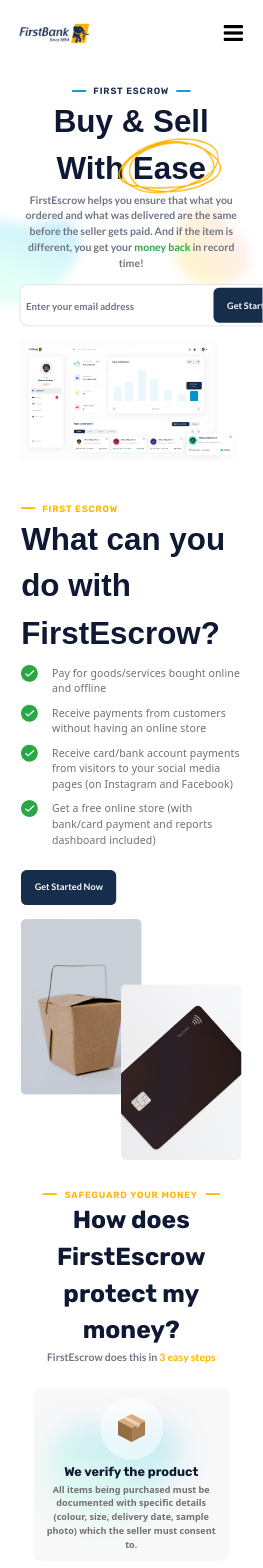
Repository: Pepperest-dev/First_Escrow_Home
Page: index.html
These files come from the project's save history. The page is drawn as it stood at one moment and after the next save; the edit follows.
The browser window is 375 px wide. The pictures show the part of the page from y = 0 to 2240 px (the page is 4969 px tall), at 70% of full size.

Above is the page before, as saved 2021-09-27 14:49:17.

### index.html
<!DOCTYPE html>
<html lang="en">
  <head>
    <meta charset="UTF-8" />
    <meta http-equiv="X-UA-Compatible" content="IE=edge" />
    <meta name="viewport" content="width=device-width, initial-scale=1.0" />
    <link rel="stylesheet" href="Styles/styles.css" />
    <link rel="stylesheet" href="Styles/mobileScreenStyles.css" />
    <link
      href="https://unpkg.com/tailwindcss@^2/dist/tailwind.min.css"
      rel="stylesheet"
    />
    <link
      rel="stylesheet"
      href="https://cdnjs.cloudflare.com/ajax/libs/font-awesome/4.7.0/css/font-awesome.min.css"
    />
    <link rel="preconnect" href="https://fonts.googleapis.com" />
    <link rel="preconnect" href="https://fonts.gstatic.com" crossorigin />
    <link
      href="https://fonts.googleapis.com/css2?family=Lato:wght@100;300;400;700;800&family=Rubik:wght@400;500;600;700&display=swap"
      rel="stylesheet"
    />
    <title>First Escrow</title>
  </head>
  <body>
    <!-- Create a container wrapper to  -->
    <!-- create a container to keep everything contained in a certain width  ##done -->
    <!-- create the Navbar ##Done -->
    <!-- Do the font setup from google fonts  ##Done-->
    <!-- make the navbar responsive  Not done-->
    <!-- create the hero section ##almost -->
    <!-- work on the what can we do or you ssection -->
    <!-- Work on how does first escrow  works-->
    <!-- work on refund is guranteed  section  -->
    <!-- how it works in simple steps section -->
    <!-- work on the footer section -->

    <!-- Header and Nav bar section -->
    <header class="banner mb-10 overflow-x-hidden overscroll-none">
      <nav
        class="
          h-24
          flex
          justify-between
          items-center
          md:w-11/12 md:p-0
          px-7
          mx-auto
          mb-6
        "
      >
        <a href="/">
          <img
            src="/assets/imgs/firstBank_logo.png"
            alt="First Bank Logo"
            class="BrandLogo cursor-pointer"
          />
        </a>

        <ul class="md:flex hidden w-2/12 h-full justify-between items-center">
          <li class="loginLink"><a href="#">Logo</a></li>
          <li>
            <button class="getStartedBtn hover:drop-shadow-xl">
              Get Started
            </button>
          </li>
        </ul>

        <div id="hambugger" class="hambugger cursor-pointer md:hidden">
          <i id="menuToggler" class="fa fa-2x fa-bars"></i>
        </div>
      </nav>

      <main class="md:w-11/12 mb-3 md:p-0 px-7 mx-auto">
        <article>
          <p
            class="
              text-center
              mx-auto
              flex
              justify-around
              items-center
              firstEscrow
            "
          >
            First Escrow
          </p>
          <h1 class="mainTitle text-center mx-auto">
            Buy & Sell With <span class="">Ease</span>
            <img
              src="/assets/icons/bigEaseElipses.png"
              alt="elipses"
              class="elipses"
            />
          </h1>
          <p class="contentDescription mx-auto">
            FirstEscrow helps you ensure that what you ordered and what was
            delivered are the same before the seller gets paid. And if the item
            is different, you get your
            <span class="greenMoneyText">money back</span> in record time!
          </p>
          <form
            class="
              my-5
              mx-auto
              flex
              justify-between
              items-center
              cursor-pointer
              bannerInputField
            "
          >
            <input
              type="text"
              class="h-full"
              placeholder="Enter your email address"
            />
            <button
              type="submit"
              class="getStartedBtn z-10 hover:drop-shadow-xl"
            >
              Get Started
            </button>
          </form>
        </article>
        <img
          src="/assets/imgs/dashboardMockup.png"
          class="dashboardImg cursor-pointer mx-auto"
          alt="dashboard mockup"
        />
      </main>
    </header>

    <!-- What can you do with firstEscrow section -->
    <div class="wrapper">
      <section
        class="
          mt-10
          w-11/12
          mx-auto
          overflow-x-hidden
          gap-x-8
          items-center
          flex
          justify-between
          flex-wrap-reverse
          md:flex-nowrap
        "
      >
        <div class="">
          <img
            class="object-contain"
            src="/assets/imgs/bagAndCard.png"
            alt="bag and card"
          />
        </div>
        <div class="">
          <p
            class="text-left flex justify-start items-center yellowFirstEscrow"
          >
            First Escrow
          </p>

          <h1 class="mainTitle">What can you do with FirstEscrow?</h1>

          <ul id="FirstEscrowCanDo"></ul>
          <button class="getStartedBtn hover:drop-shadow-xl my-5">
            Get Started Now
          </button>
        </div>
      </section>
    </div>

    <!-- Safeguard your money section -->
    <div class="wrapper">
      <section class="mt-10 mb-5 w-11/12 mx-auto overflow-x-hidden">
        <p
          class="
            text-center
            mx-auto
            flex
            justify-around
            items-center
            secondYellowFirstEscrow
          "
        >
          Safeguard Your Money
        </p>

        <h3 class="text-center protectTitle">
          How does FirstEscrow protect my money?
        </h3>
        <p class="contentDescription mx-auto">
          FirstEscrow does this in
          <span class="yellowText">3 easy steps</span>
        </p>

        <div
          id="threeBoxes"
          class="flex justify-evenly flex-wrap items-center my-5"
        ></div>
      </section>
    </div>

    <!-- Refund Guaranteed section -->
    <div class="wrapper">
      <section
        class="
          mt-16
          refundSection
          mb-5
          w-11/12
          mx-auto
          overflow-x-hidden
          p-10
          gap-x-8
        "
      >
        <div class="flex flex-col items center h-full justify-around titleSide">
          <h1 class="text-white refundSectionTitle">
            Refund is guaranteed in case merchant fails to deliver
          </h1>

          <p class="refundSectionTextContent md:hidden mt-4 mr-5 md:mr-0">
            If merchant fails to deliver or delivers an item below the agreed
            upon standard, you will get 100% of your money back!
          </p>

          <button
            type="submit"
            class="yellowGetStartedBtn mt-10 hover:drop-shadow-xl"
          >
            Get Started
          </button>
        </div>
        <div class="h-full md:block hidden w-3/5">
          <p
            class="refundSectionTextContent mt-4 mr-5 md:mr-0 xl:pr-20 sm:pr-0"
          >
            If merchant fails to deliver or delivers an item below the agreed
            upon standard, you will get 100% of your money back!
          </p>
        </div>
      </section>
    </div>

    <!-- How it works section -->
    <div class="wrapper">
      <section class="mt-16 mb-5 w-11/12 mx-auto">
        <p
          class="
            text-center
            mx-auto
            flex
            justify-around
            items-center
            howItWorksYellow
          "
        >
          How it works
        </p>

        <h3 class="text-center protectTitle">How it works in simple steps</h3>

        <main
          class="flex mx-auto justify-center items-center flex-wrap gap-x-8"
        >
          <div class="fourBoxes my-3 h-56 w-52">
            <div class="flex flex-col items-center mx-auto">
              <img
                class="w-24"
                src="/assets/imgs/PinkAvatar.png"
                alt="purple avatar"
              />
              <div class="flex mt-2">
                <span class="AvatarYellowNumber mr-2">1</span>
                <p class="AvatarTitle">Create an order</p>
              </div>
            </div>
            <div class="flex justify-end items-center">
              <img
                src="/assets/icons/arrowBottom.png"
                alt="arrow bottom"
                class="h-28 hidden md:block w-28"
              />
              <img
                src="/assets/icons/arrowTop.png"
                alt="arrow bottom"
                class="h-24 block faceRightDown md:hidden w-24"
              />
            </div>
          </div>
          <div class="fourBoxes my-3 h-56 w-52">
            <div class="flex block md:hidden flex-col items-center mx-auto">
              <img
                class="w-24"
                src="/assets/imgs/purpleAvatar.png"
                alt="purple avatar"
              />
              <div class="flex mt-2">
                <span class="AvatarYellowNumber mr-2">2</span>
                <p class="AvatarTitle">Confirm order</p>
              </div>
            </div>
            <div class="flex justify-start md:justify-end items-center">
              <img
                src="/assets/icons/arrowTop.png"
                alt="arrow bottom"
                class="h-28 hidden md:block w-28"
              />
              <img
                src="/assets/icons/arrowBottom.png"
                alt="arrow bottom"
                class="h-24 block faceLeftDown md:hidden w-24"
              />
            </div>
            <div class="flex hidden md:block flex-col items-center mx-auto">
              <img
                class="w-24"
                src="/assets/imgs/purpleAvatar.png"
                alt="purple avatar"
              />
              <div class="flex mt-2">
                <span class="AvatarYellowNumber mr-2">2</span>
                <p class="AvatarTitle">Confirm order</p>
              </div>
            </div>
          </div>
          <div class="fourBoxes my-3 h-56 w-52">
            <div class="flex flex-col items-center mx-auto">
              <img
                class="w-24"
                src="/assets/imgs/dollarCurrency.png"
                alt="purple avatar"
              />
              <div class="flex mt-2">
                <span class="AvatarYellowNumber mr-2">3</span>
                <p class="AvatarTitle">Make Payment</p>
              </div>
            </div>
            <div class="flex justify-end items-center">
              <img
                src="/assets/icons/arrowBottom.png"
                alt="arrow bottom"
                class="h-28 hidden md:block w-28"
              />
              <img
                src="/assets/icons/arrowTop.png"
                alt="arrow bottom"
                class="h-24 block faceRightDown md:hidden w-24"
              />
            </div>
          </div>
          <div
            class="
              fourBoxes
              flex flex-col
              md:justify-end
              justify-start
              my-3
              h-56
              w-54
            "
          >
            <div class="flex flex-col items-center mx-auto">
              <img
                class="w-24"
                src="/assets/imgs/yellowAvatar.png"
                alt="purple avatar"
              />
              <div class="flex justify-start items-center mt-2">
                <span class="AvatarYellowNumber mr-2">4</span>
                <p class="AvatarTitle">your order gets delivered to you</p>
              </div>
            </div>
          </div>
        </main>
      </section>
    </div>

    <!-- Footer Sections starts here -->
    <footer class="wrapper">
      <section
        class="
          mt-16
          footerSection
          mb-5
          w-11/12
          mx-auto
          gap-x-8
          items-end
          flex
          justify-between
          flex-wrap
          md:flex-nowrap
          py-5
          px-5
          md:px-10
        "
      >
        <div
          class="
            w-full
            md:w-6/12
            flex flex-col
            justify-between
            items-start
            foooterBoxHeight
            h-full
          "
        >
          <a href="/">
            <img
              src="/assets/imgs/firstBank_logo.png"
              alt="First Bank Logo"
              class="BrandLogo cursor-pointer"
            />
          </a>

          <p class="footerTitle">Subscribe</p>
          <p class="footerTextContent">
            Select topics and stay current with our latest insights
          </p>

          <form
            action=""
            class="footerForm flex-wrap w-full md:min-w-8/12 md:w-9/12"
          >
            <input
              placeholder="Email address"
              class="flex flex-1 my-1 md:my-0 footerInput md:mr-3"
              type="text"
            />
            <button
              class="
                getStartedBtn
                hover:drop-shadow-xl
                mx-auto
                my-1
                md:my-0 md:mt-0 md:mx-0
              "
            >
              Submit
            </button>
          </form>
        </div>
        <div class="w-4/6 mx-auto md:mx-0 md:w-3/12 h-full">
          <div class="flex h-full mt-3 md:mt-0 justify-evenly">
            <a href="#" class="footerSocialIcon">
              <img
                src="/assets/imgs/fb_logo.png"
                class="w-8"
                alt="facebook logo"
              />
            </a>
            <a href="#" class="footerSocialIcon">
              <img
                src="/assets/imgs/twt_logo.png"
                class="w-8"
                alt="facebook logo"
              />
            </a>
            <a href="#" class="footerSocialIcon">
              <i class="fa text-white fa-youtube-square"></i>
            </a>
            <a href="#" class="footerSocialIcon">
              <i class="fa text-white fa-instagram"></i>
            </a>
          </div>
        </div>
      </section>
    </footer>

    <footer class="wrapper mb-5">
      <p class="text-center footerDate">© 2021-2022 FirstEscrow</p>
    </footer>
    <script src="Js/app.js"></script>
  </body>
</html>

### Styles/styles.css
* {
  margin: 0;
  padding: 0;
  border: 0;
  font-size: 16px;
  text-decoration: none;
  font: inherit;
  box-sizing: border-box;
}

/* Colors varable declaration */
:root {
  --whiteBgColor: #ffffff;
  --BtnBgColor: #162d4c;
  --lightBlueColor: #0093c9;
  --yellowPrimaryColor: #ffb300;
  --boxesTextColor: #707070;
  --darkBlueTextColor: #101933;
  --bannerTextColor: #707585;
  --lightGreenColor: #28a745;
  --inputFieldBorderColor: #d8dade;
  --footerBackgroundColor: #f6f6f7;
  --footerTextColor: #040c22;
  --latoFontFamily: "Lato", sans-serif;
  --rubikFontFamily: "Rubik", sans-serif;
  --arialFontFamily: "Arial", sans-serif;
}
.wrapper {
  margin-right: auto;
  margin-left: auto;
  max-width: 1440px;
  padding-right: 2rem;
  padding-left: 2rem;
  width: 100%;
  background-color: var(--whiteBgColor);
}

.banner {
  background-image: url(../assets/imgs/overlayBackground.png);
  background-position: center;
  background-repeat: no-repeat;
  background-size: cover;
  object-fit: cover;
}
.dashboardImg {
  width: 100%;
  height: auto;
  overflow-x: hidden;
}

.contentContainer {
}

.BrandLogo {
  width: 150px;
  object-fit: contain;
  height: 45px;
}

.outline {
  outline: 1px solid blue;
}

.loginLink {
  font: normal normal 600 16px/19px Lato;
  letter-spacing: 0.32px;
  font-family: var(--latoFontFamily);
  font-style: normal;
  font-weight: 600;
  color: var(--darkBlueTextColor);
}

.loginLink:hover {
  opacity: 0.8;
  transition: all ease-in-out 350ms;
}

.getStartedBtn {
  border-radius: 8px;
  background-color: var(--BtnBgColor);
  min-width: 100px;
  padding: 0 1.2rem;
  height: 50px;
  color: var(--whiteBgColor);
  font-family: var(--latoFontFamily);
  text-align: center;
  font-size: 13px;
  font-weight: 800;
}

.getStartedBtn:hover {
  opacity: 0.8;
  transition: all ease-in-out 350ms;
}

.yellowGetStartedBtn {
  border-radius: 8px;
  background-color: var(--yellowPrimaryColor);
  min-width: 100px;
  width: 200px;
  padding: 0 1.2rem;
  height: 50px;
  color: var(--darkBlueTextColor);
  font-family: var(--latoFontFamily);
  text-align: center;
  font-size: 16px;
  font-weight: 700;
}

.yellowGetStartedBtn:hover {
  opacity: 0.8;
  transition: all ease-in-out 350ms;
}

.yellowFirstEscrow {
  letter-spacing: 1.2px;
  color: var(--yellowPrimaryColor);
  text-transform: uppercase;
  font-family: var(--rubikFontFamily);
  font-size: 13px;
  font-weight: 600;
  width: 150px;
}

.yellowFirstEscrow::before {
  content: "";
  display: flex;
  width: 20px;
  border: 1px solid var(--yellowPrimaryColor);
  background-color: var(--yellowPrimaryColor);
  margin-right: 10px;
}

.howItWorksYellow {
  letter-spacing: 1.2px;
  color: var(--yellowPrimaryColor);
  text-transform: uppercase;
  font-family: var(--rubikFontFamily);
  font-size: 13px;
  font-weight: 600;
  width: 200px;
}

.howItWorksYellow::before {
  content: "";
  display: flex;
  width: 20px;
  border: 1px solid var(--yellowPrimaryColor);
  background-color: var(--yellowPrimaryColor);
}
.howItWorksYellow::after {
  content: "";
  display: flex;
  width: 20px;
  border: 1px solid var(--yellowPrimaryColor);
  background-color: var(--yellowPrimaryColor);
}
.secondYellowFirstEscrow {
  letter-spacing: 1.2px;
  color: var(--yellowPrimaryColor);
  text-transform: uppercase;
  font-family: var(--rubikFontFamily);
  font-size: 13px;
  font-weight: 600;
  width: 263px;
}

.secondYellowFirstEscrow::before {
  content: "";
  display: flex;
  width: 20px;
  border: 1px solid var(--yellowPrimaryColor);
  background-color: var(--yellowPrimaryColor);
}
.secondYellowFirstEscrow::after {
  content: "";
  display: flex;
  width: 20px;
  border: 1px solid var(--yellowPrimaryColor);
  background-color: var(--yellowPrimaryColor);
}

.firstEscrow {
  letter-spacing: 1.2px;
  color: var(--BtnBgColor);
  text-transform: uppercase;
  font-family: var(--rubikFontFamily);
  font-size: 13px;
  font-weight: 600;
  width: 180px;
}

.firstEscrow::before {
  content: "";
  display: flex;
  width: 20px;
  border: 1px solid var(--lightBlueColor);
  background-color: var(--lightBlueColor);
}
.firstEscrow::after {
  content: "";
  display: flex;
  width: 20px;
  background-color: var(--lightBlueColor);
  border: 1px solid var(--lightBlueColor);
}
.mainTitle {
  color: var(--darkBlueTextColor);
  font-family: var(--arialFontFamily);
  font-weight: 700;
  font-size: 2.8rem;
  max-width: 600px;
  position: relative;
}

.elipses {
  position: absolute;
  width: 150px;
  top: -11px;
  right: 10%;
}

.contentDescription {
  color: var(--bannerTextColor);
  font-family: var(--latoFontFamily);
  font-weight: 600;
  font-size: 15px;
  text-align: center;
  max-width: 650px;
}

.greenMoneyText {
  color: var(--lightGreenColor);
}

.bannerInputField {
  width: 390px;
  height: 60px;
  border: 1px solid var(--inputFieldBorderColor);
  border-radius: 12px;
  background: var(--whiteBgColor);
  padding: 8px 6px 8px 8px;
}

.bannerInputField input[type="text"] {
  border: none;
  font-family: var(--latoFontFamily);
  font-size: 16px;
  color: var(--bannerTextColor);
  flex: 0.9;
  font-weight: 600;
  outline: none;
}

.bannerInputField input[type="text"]::placeholder {
  font-family: var(--latoFontFamily);
  font-size: 14px;
  font-weight: 600;
  color: var(--bannerTextColor);
}

#FirstEscrowCanDo li {
  color: var(--boxesTextColor);
  letter-spacing: 0.18px;
  text-align: left;
  font-weight: normal;
  font-size: 15px;
}

.protectTitle {
  color: var(--darkBlueTextColor);
  letter-spacing: 0;
  font-family: var(--rubikFontFamily);
  font-weight: bold;
  font-size: 2.2rem;
}
.yellowText {
  color: var(--yellowPrimaryColor);
}
.box {
  width: 280px;
  height: 248px;
  border-radius: 12px;
  background-repeat: no-repeat;
  background-position: center;
  background-size: cover;
  display: flex;
  flex-direction: column;
  align-items: center;
  justify-content: space-evenly;
  padding: 10px;
}

.boxImage {
  width: 90px;
  background-color: transparent;
}

.boxTitle {
  color: var(--darkBlueTextColor);
  letter-spacing: 0;
  font-family: var(--rubikFontFamily);
  text-align: center;
  font-size: 18px;
  font-weight: 700;
}

.boxTextContent {
  text-align: center;
  color: var(--boxesTextColor);
  font-size: 13px;
  font-weight: 600;
  width: 95%;
}

.refundSection {
  background-color: var(--darkBlueTextColor);
  border-radius: 12px;
  background-image: url(/assets/imgs/NairaOverlayBg.png);
  background-repeat: no-repeat;
  background-size: contain;
  background-position: bottom;
  object-fit: cover;
  display: flex;
  justify-content: space-between;
  align-items: start;
  min-height: 300px;
}

.refundSectionTextContent {
  text-align: left;
  font: normal normal medium 24px/40px Lato;
  font-size: 17px;
  font-weight: mdium;
  font-family: var(--latoFontFamily);
  letter-spacing: 0.19px;
  color: #ffffff;
}

.refundSectionTitle {
  color: var(--whiteBgColor);
  font-size: 2.5rem;
  font-weight: bold;
  font-family: var(--rubikFontFamily);
}
.titleSide {
}

.footerSection {
  background-color: var(--footerBackgroundColor);
  border-radius: 12px;
  object-fit: cover;
  min-height: 250px;
  max-height: 100%;
}

.footerSocialIcon {
  height: 30px;
  width: 30px;
  background-color: var(--darkBlueTextColor);
  border-radius: 50%;
  display: grid;
  place-items: center;
  transition: transform 200ms ease-in-out;
}

.footerSocialIcon:hover {
  transform: scale(0.8);
}

.footerDate {
  color: var(--footerTextColor);
  height: 19px;
  font-family: (--rubikFontFamily);
  font-size: 13px;
  font-weight: normal;
  opacity: 0.6;
}

.foooterBoxHeight {
  /* height: 100px !important; */
  min-height: 200px;
}
.border {
  border: 2px solid red;
}

.footerTitle {
  color: var(--darkBlueTextColor);
  font-size: 18px;
  font-weight: bold;
}

.footerTextContent {
  color: var(--boxesTextColor);
  letter-spacing: 0.14px;
  font-weight: medium;
  font-family: var(--latoFontFamily);
}

.footerForm {
  display: flex;
  justify-content: space-between;
  align-items: center;
}

.footerInput {
  height: 50px;
  padding: 0.3rem;
  border-radius: 8px;
  border: 1px solid var(--inputFieldBorderColor);
  color: var(--boxesTextColor);
  font-weight: medium;
  font-size: 15px;
  outline: none;
}

.footerInput::placeholder {
  color: var(--boxesTextColor);
  font-weight: normal;
  font-size: 15px;
}

.AvatarYellowNumber {
  background-color: var(--yellowPrimaryColor);
  color: var(--darkBlueTextColor);
  font-weight: bold;
  height: 25px;
  width: 25px;
  border-radius: 50%;
  display: grid;
  place-items: center;
  font-size: 13px;
}

.AvatarTitle {
  color: var(--darkBlueTextColor);
  font-weight: bold;
  font-size: 16px;
  text-align: center;
  letter-spacing: 0.17px;
}

### Styles/mobileScreenStyles.css
@media screen and (max-width: 600px) {
  .banner {
    background-size: contain;
  }
  .dashboardImg {
    width: 500px;
    height: auto;
  }

  .BrandLogo {
    width: 100px;
  }

  .toggle {
    transition: opacity ease-in-out;
  }

  .elipses {
    position: absolute;
    width: 150px;
    top: 40%;
    right: 9%;
  }

  .wrapper {
    margin-right: auto;
    margin-left: auto;
    padding-right: 1rem;
    padding-left: 1rem;
    width: 100%;
  }

  .faceRightDown {
    transform: rotate(99deg);
  }
  .faceLeftDown {
    transform: rotate(99deg);
  }

  .refundSectionTitle {
    color: var(--whiteBgColor);
    font-size: 1.7rem;
    font-weight: bold;
    font-family: var(--rubikFontFamily);
  }

  .refundSection {
    background-color: var(--darkBlueTextColor);
    border-radius: 12px;
    background-image: url(/assets/imgs/NairaOverlayBg.png);
    background-repeat: no-repeat;
    background-size: cover;
    background-position: center;
    object-fit: fill;
    display: flex;
    justify-content: space-between;
    align-items: start;
    min-height: 300px;
  }
}

@media screen and (max-width: 380px) {
  .elipses {
    position: absolute;
    width: 150px;
    top: 40%;
  }
}

### Js/app.js
const escrow = {
  firstEscrowList: [
    {
      icon: "/assets/icons/greenChecked.png",
      text: "Pay for goods/services bought online and offline",
    },
    {
      icon: "/assets/icons/greenChecked.png",
      text: "Receive payments from customers without having an online store",
    },
    {
      icon: "/assets/icons/greenChecked.png",
      text: "Receive card/bank account payments from visitors to your social media pages (on Instagram and Facebook)",
    },
    {
      icon: "/assets/icons/greenChecked.png",
      text: "Get a free online store (with bank/card payment and reports dashboard included)",
    },
  ],
  threeBoxContent: [
    {
      imgUrl: "/assets/imgs/parcelBox.png",
      bgImgUrl: "/assets/imgs/darkGreenCardBg.png",
      boxTitle: "We verify the product",
      boxTextContent:
        "All items being purchased must be documented with specific details (colour, size, delivery date, sample photo) which the seller must consent to.",
    },
    {
      imgUrl: "/assets/imgs/moneyBag.png",
      bgImgUrl: "/assets/imgs/yellowCardBg.png",
      boxTitle: "We protect your funds",
      boxTextContent:
        "All money paid is held in trust by FirstEscrow until the buyer has confirmed satisfaction with items delivered.",
    },
    {
      imgUrl: "/assets/imgs/greenShield.png",
      bgImgUrl: "/assets/imgs/lightGreenCardBg.png",
      boxTitle: "Describe the items",
      boxTextContent:
        "We only release money based on the instruction of the buyer. If the item does not meet the agreed expectation, the buyer has the right to stop release of funds to the seller.",
    },
  ],
};
Object.freeze(escrow);
document.addEventListener(
  "DomContentLoaded",
  (function () {
    console.log(escrow, "escrow, content");
    const { firstEscrowList, threeBoxContent } = escrow;
    const hambugger = document.querySelector("#hambugger");
    const menu = document.querySelector("#menuToggler");
    const escrowCanDo = document.querySelector("#FirstEscrowCanDo");
    const threeBoxes = document.querySelector("#threeBoxes");

    let returnedList = firstEscrowList
      .map(
        (list) =>
          `<li class="flex items-start my-3 justify-start"><img  src=${list.icon} alt="checked icon" class="mr-5 h-6 w-6" /> ${list.text}</li>`
      )
      .join(" ");

    escrowCanDo.innerHTML = returnedList;

    let boxesHtml = threeBoxContent
      .map(
        ({ imgUrl, bgImgUrl, boxTextContent, boxTitle }) => `<div
            style="background-image: url(${bgImgUrl})"
            class="box my-3 md:my-2 hover:shadow-xl duration-150 transition-shadow transition-shadow"
          >
            <div class="boxImage">
              <img src=${imgUrl} alt="Box Image" srcset="" />
            </div>
            <p class="boxTitle">${boxTitle}</p>
            <p class="boxTextContent">
             ${boxTextContent}
            </p>
          </div>`
      )
      .join("");

    threeBoxes.innerHTML = boxesHtml;

    hambugger.addEventListener("click", () => {
      if (menu.classList.contains("fa-bars")) {
        menu.classList.remove("fa-bars");
        menu.classList.add("fa-times");
      } else if (menu.classList.contains("fa-times")) {
        menu.classList.remove("fa-times");
        menu.classList.add("fa-bars");
      }
      hambugger.classList.toggle("toggle");
    });
  })()
);

After the next save:
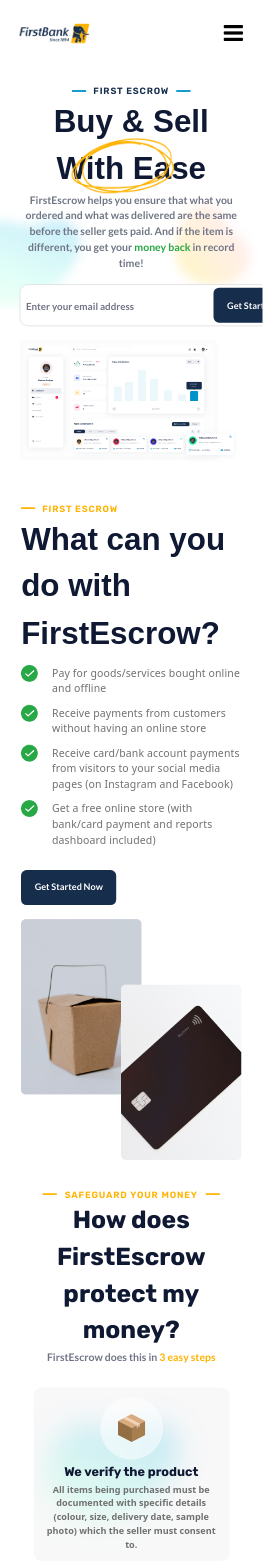
Saved 53 s later.
--- a/Styles/mobileScreenStyles.css
+++ b/Styles/mobileScreenStyles.css
@@ -19,7 +19,7 @@
     position: absolute;
     width: 150px;
     top: 40%;
-    right: 9%;
+    right: 30%;
   }
 
   .wrapper {
